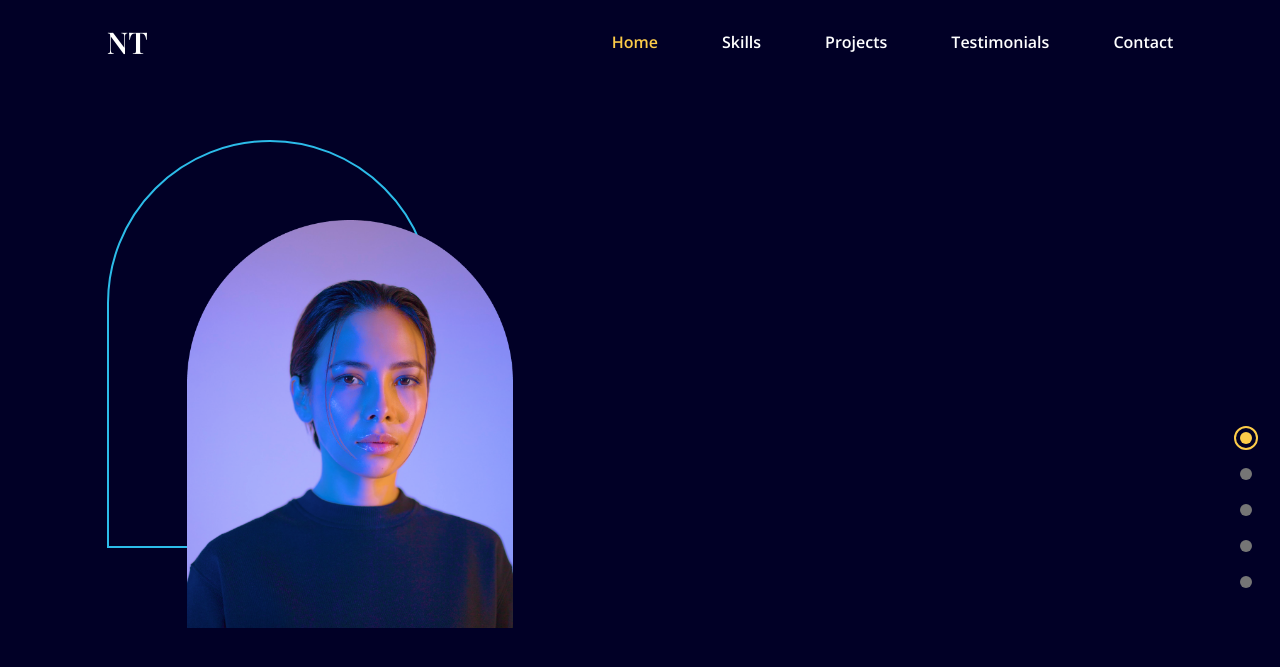
Repository: thibaultNicolas/portfolio-react
Page: /
An editor plug-in stored every save of this project. The page is shown before and after the next save, followed by the edit.
The browser window is 1280 px wide. The pictures show the whole page.
The project was rebuilt for these pictures with package versions that can differ from the ones it lists, and the page was loaded fresh each time. Also part of the build but not shown: next.config.ts.

Above is the page before, as saved 2023-01-08 10:38:13.

### public/index.html
<!DOCTYPE html>
<html lang="en">

<head>
  <meta charset="utf-8" />
  <link rel="icon" href="%PUBLIC_URL%/favicon.ico" />
  <meta name="viewport" content="width=device-width, initial-scale=1" />
  <meta name="theme-color" content="#000000" />
  <meta name="description" content="Web site created using create-react-app" />
  <link rel="apple-touch-icon" href="%PUBLIC_URL%/logo192.png" />
  <!--
      manifest.json provides metadata used when your web app is installed on a
      user's mobile device or desktop. See https://developers.google.com/web/fundamentals/web-app-manifest/
    -->
  <link rel="manifest" href="%PUBLIC_URL%/manifest.json" />
  <!--
      Notice the use of %PUBLIC_URL% in the tags above.
      It will be replaced with the URL of the `public` folder during the build.
      Only files inside the `public` folder can be referenced from the HTML.

      Unlike "/favicon.ico" or "favicon.ico", "%PUBLIC_URL%/favicon.ico" will
      work correctly both with client-side routing and a non-root public URL.
      Learn how to configure a non-root public URL by running `npm run build`.
    -->
  <title>React App</title>
  <link href="/public/output.css" rel="stylesheet">
</head>

<body>
  <noscript>You need to enable JavaScript to run this app.</noscript>
  <div id="root"></div>
  <!--
      This HTML file is a template.
      If you open it directly in the browser, you will see an empty page.

      You can add webfonts, meta tags, or analytics to this file.
      The build step will place the bundled scripts into the <body> tag.

      To begin the development, run `npm start` or `yarn start`.
      To create a production bundle, use `npm run build` or `yarn build`.
    -->
</body>

</html>

### src/index.css
@import url('https://fonts.googleapis.com/css2?family=Open+Sans:wght@400;600&family=Playfair+Display:wght@400;600&display=swap');

@tailwind base;
@tailwind components;
@tailwind utilities;

html,
body,
#root,
.app{
    height: 100%;
    background-color: #010026;
    @apply text-white;
}

### src/scenes/Navbar.jsx
import { useState } from 'react';
import AnchorLink from 'react-anchor-link-smooth-scroll';
import useMediaQuery from '../hooks/useMediaQuery';

const Link = ({ page, selectedPage, setSelectedPage }) => {
    const lowerCasePage = page.toLowerCase();
    return (
        <AnchorLink
            className={`${selectedPage === lowerCasePage ? 'text-yellow' : ''}
            hover:text-yellow transition duration-500`}
            href={`#${lowerCasePage}`}
            onClick={() => setSelectedPage(lowerCasePage)}
        >
            {page}
        </AnchorLink>
    );
};

const Navbar = ({ isTopOfPage, selectedPage, setSelectedPage }) => {
    const [isMenuToggled, setIsMenuToggled] = useState(false);
    const isAboveSmallScreens = useMediaQuery('(min-width:768px)');
    const navbarBackground = isTopOfPage ? "" : "bg-red";

    return (
        <nav className={`${navbarBackground} z-40 w-full fixed top-0 py-6`}>
            <div className="flex items-center justify-between mx-auto w-5/6">
                <h4 className="font-playfair text-3xl font-bold">NT</h4>

                {/* DESKTOP NAV */}
                {isAboveSmallScreens ? (
                    <div className="flex justify-between gap-16 font-openSans txt-sm font-semibold">
                        <Link
                            page="Home"
                            selectedPage={selectedPage}
                            setSelectedPage={setSelectedPage}
                        />
                        <Link
                            page="Skills"
                            selectedPage={selectedPage}
                            setSelectedPage={setSelectedPage}
                        />
                        <Link
                            page="Projects"
                            selectedPage={selectedPage}
                            setSelectedPage={setSelectedPage}
                        />
                        <Link
                            page="Testimonials"
                            selectedPage={selectedPage}
                            setSelectedPage={setSelectedPage}
                        />
                        <Link
                            page="Contact"
                            selectedPage={selectedPage}
                            setSelectedPage={setSelectedPage}
                        />
                    </div>
                ) : (
                    <button
                        className="rounded-full bg-red p-2"
                        onClick={() => setIsMenuToggled(!isMenuToggled)}
                    >
                        <img src="../assets/menu-icon.svg" alt="menu-icon" />
                    </button>
                )}

                {/* MOBILE MENU POPUP */}
                {!isAboveSmallScreens && isMenuToggled && (
                    <div className="fixed right-0 bottom-0 h-full bg-blue w-[300px]">
                        {/* CLOSE ICON */}
                        <div className="flex justify-end p-12">
                            <button
                                onClick={() => setIsMenuToggled(!isMenuToggled)}
                            >
                                <img
                                    src="../assets/close-icon.svg"
                                    alt="close-icon"
                                />
                            </button>
                        </div>
                        {/* MENU ITEMS */}
                        <div className="flex flex-col gap-10 ml-[33%] text-2xl text-deep-blue">
                            <Link
                                page="Home"
                                selectedPage={selectedPage}
                                setSelectedPage={setSelectedPage}
                            />
                            <Link
                                page="Skills"
                                selectedPage={selectedPage}
                                setSelectedPage={setSelectedPage}
                            />
                            <Link
                                page="Projects"
                                selectedPage={selectedPage}
                                setSelectedPage={setSelectedPage}
                            />
                            <Link
                                page="Testimonials"
                                selectedPage={selectedPage}
                                setSelectedPage={setSelectedPage}
                            />
                            <Link
                                page="Contact"
                                selectedPage={selectedPage}
                                setSelectedPage={setSelectedPage}
                            />
                        </div>
                    </div>
                )}
            </div>
        </nav>
    );
};

export default Navbar;

### src/scenes/DotGroup.jsx
import AnchorLink from 'react-anchor-link-smooth-scroll';
const DotGroup = ({ selectedPage, setSelectedPage }) => {
    const selectedStyles = `relative bg-yellow before:absolute before:w-6 before:h-6
    before:rounded-full before:border-2 before:border-yellow before:left-[-50%]
    before:top-[-50%]`;
    return (
        <div className="flex flex-col gap-6 fixed top-[60%] right-7">
            <AnchorLink
                className={`${selectedPage === 'home' ? selectedStyles : 'bg-dark-grey'}
            w-3 h-3 rounded-full`}
                href="#home"
                onClick={() => setSelectedPage('home')}
            />
            <AnchorLink
                className={`${selectedPage === 'skills' ? selectedStyles : 'bg-dark-grey'}
            w-3 h-3 rounded-full`}
                href="#skills"
                onClick={() => setSelectedPage('skills')}
            />
            <AnchorLink
                className={`${selectedPage === 'projects' ? selectedStyles : 'bg-dark-grey'}
            w-3 h-3 rounded-full`}
                href="#projects"
                onClick={() => setSelectedPage('projects')}
            />
            <AnchorLink
                className={`${selectedPage === 'testimonials' ? selectedStyles : 'bg-dark-grey'}
            w-3 h-3 rounded-full`}
                href="#testimonials"
                onClick={() => setSelectedPage('testimonials')}
            />
            <AnchorLink
                className={`${selectedPage === 'contact' ? selectedStyles : 'bg-dark-grey'}
            w-3 h-3 rounded-full`}
                href="#contact"
                onClick={() => setSelectedPage('contact')}
            />
        </div>
    );
};
export default DotGroup;

### src/scenes/Landing.jsx
import useMediaQuery from '../hooks/useMediaQuery';
import { motion } from 'framer-motion';
import AnchorLink from 'react-anchor-link-smooth-scroll';

const Landing = ({ setSelectedPage }) => {
    const isAboveMediumScreens = useMediaQuery('(min-width:1060px)');

    return (
        <section
            id="home"
            className="md:flex md:justify-between md:items-center md:h-full gap-16 py-10"
        >
            {/* IMAGE SECTION */}
            <div className="md:order-2 flex justify-center basis-3/5 z-10 mt-16 md:mt-32">
                {isAboveMediumScreens ? (
                    <div className="relative z-0 ml-20 before:absolute before:-top-20 before:-left-20 before:rounded-t-[400px] before:w-full before:max-w-[400px] before:h-full before:border-2 before:border-blue before:z-[-1]">
                        <img
                            src="assets/profile-image.png"
                            alt="profile"
                            className="hover:filter hover:saturate-200 transition duration-500 z-10 w-full max-w-[400px] md:max-w-[600px]"
                        />
                    </div>
                ) : (
                    <img
                        src="assets/profile-image.png"
                        alt="profile"
                        className="hover:filter hover:saturate-200 transition duration-500 z-10 w-full max-w-[400px] md:max-w-[600px]"
                    />
                )}
                {/* MAIN SECTION */}
                <div className="z-30 basis-2/5 mt-12 md:mt-32">
                    {/* HEADING SECTION */}
                    <motion.div
                        initial="hidden"
                        whileInView="visible"
                        viewport={{ once: true, amount: 0.5 }}
                        transition={{duration: 0.5}}
                        variants={{
                            hidden:{opacity:0, x:-50},
                            visibile:{opacity:1, x:0}
                        }}
                    >
                        <p className='text-6xl font-playfair z-10 text-center md:text-start'>Nicolas {""}
                        <span className='xs:relative xs:text-deep-blue xs:font-semibold z-20
                        xs:before:content-brush before:absolute before:-left-[25px] before:-top-[70px] before:z-[-1]
                        '>
                            Thibault
                        </span>
                        </p>
                        <p className=''>
                        Lorem ipsum dolor sit amet, consectetur adipiscing elit, sed do eiusmod tempor incididunt ut labore et dolore magna aliqua. Ut enim ad minim veniam.
                        </p>
                    </motion.div>
                </div>
            </div>
        </section>
    );
};
export default Landing;

### src/hooks/useMediaQuery.jsx
import { useState, useEffect } from 'react';

const useMediaQuery = (query) => {
    const [matches, setMatches] = useState(false);

    useEffect(() => {
        const media = window.matchMedia(query);
        if (media.matches !== matches) {
            setMatches(media.matches);
        }
        const listener = () => setMatches(media.matches);
        window.addEventListener('resize', listener);
        return () => window.removeEventListener('resize', listener);
    }, [matches, query]);

    return matches;
};

export default useMediaQuery;

Loaded but not shown: src/index.js (common file); src/App.js (37 lines, source omitted); tailwind.config.js (41 lines, source omitted); public/output.css (740 lines, source omitted)

After the next save:
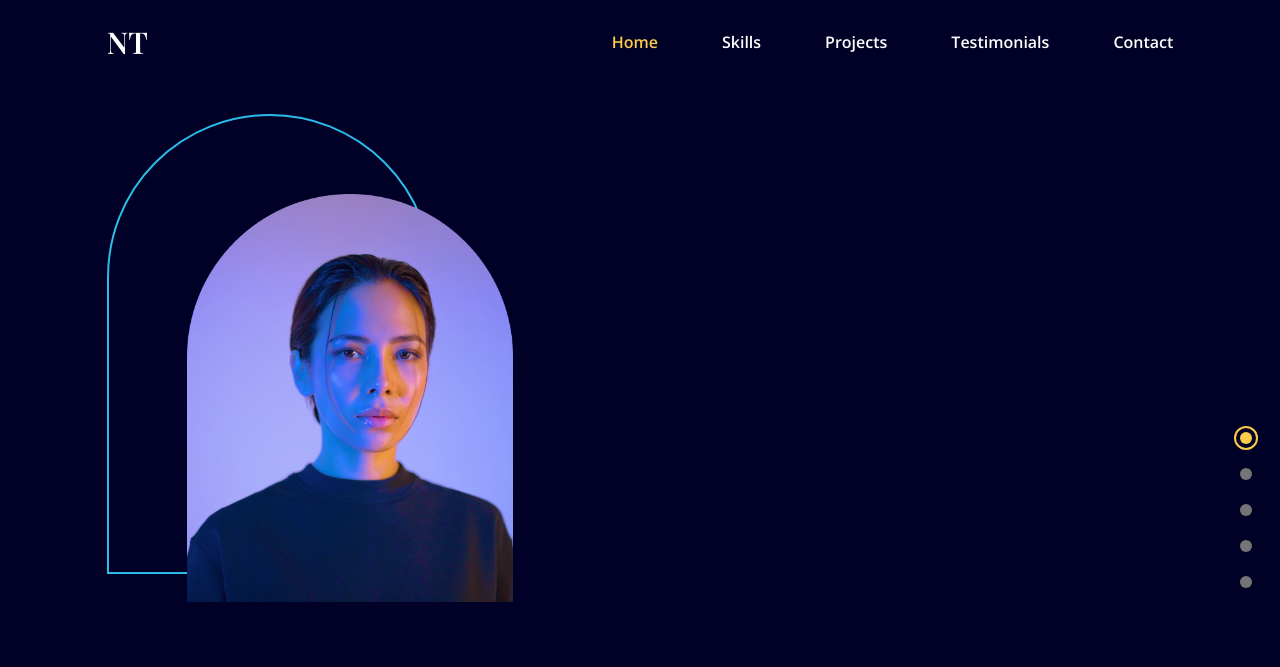
Saved 5 s later.
--- a/src/scenes/Landing.jsx
+++ b/src/scenes/Landing.jsx
@@ -47,7 +47,7 @@
                             Thibault
                         </span>
                         </p>
-                        <p className=''>
+                        <p className='mt-10 mb-7 '>
                         Lorem ipsum dolor sit amet, consectetur adipiscing elit, sed do eiusmod tempor incididunt ut labore et dolore magna aliqua. Ut enim ad minim veniam.
                         </p>
                     </motion.div>
